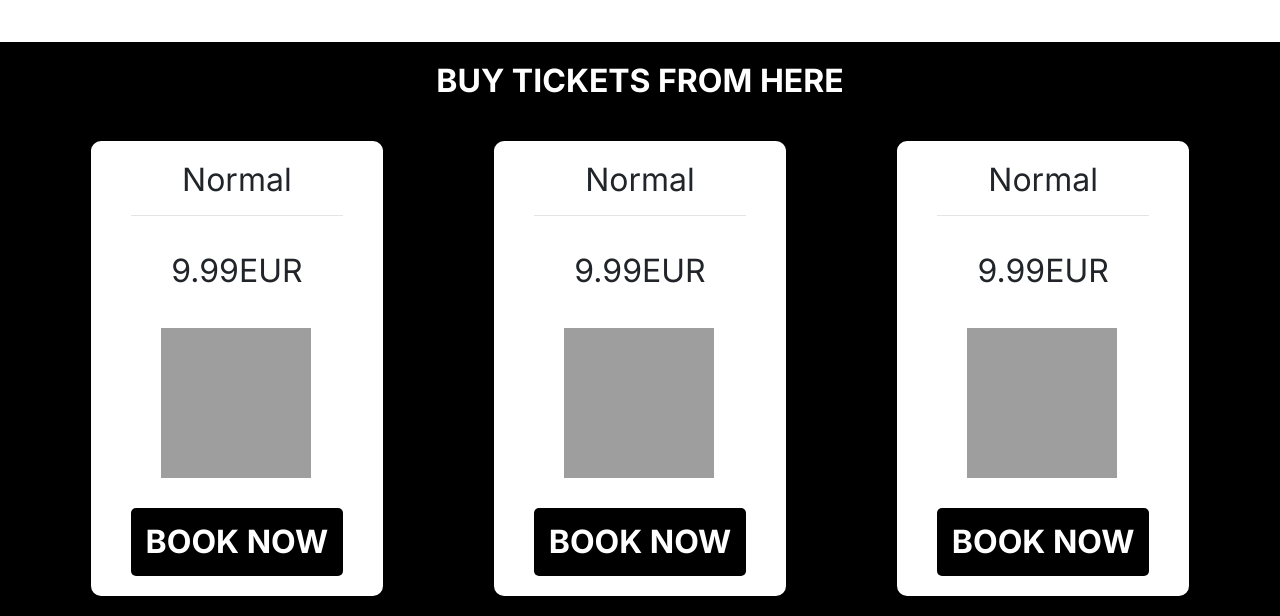
Repository: m-koparanova/MuseumOfCandy
Page: index.html
These files come from the project's save history. The page is drawn as it stood at one moment and after the next save; the edit follows.
The browser window is 1280 px wide. The pictures show the part of the page from y = 1376 to 1992 px (the page is 1992 px tall before and 1971 px after).
Pictures or frames that could not be fetched are drawn as grey boxes. Some web fonts or font styles are not loaded; a fallback is used.

Above is the page before, as saved 2023-03-05 22:48:06.

After the next save:
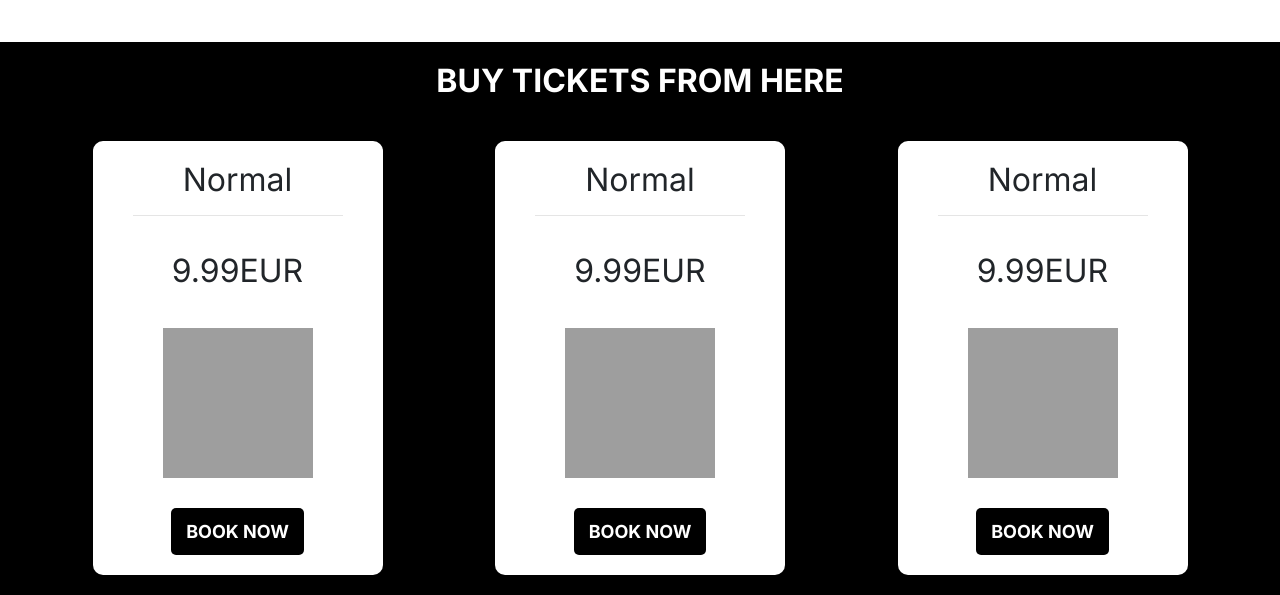
Saved 7 s later.
--- a/style.css
+++ b/style.css
@@ -176,6 +176,6 @@
     font-family: 'Inter', sans-serif;
     font-weight: 700;
     padding: 10px 15px 10px 15px;
-    font-size: 32px;
+    font-size: 18px;
 
 }
